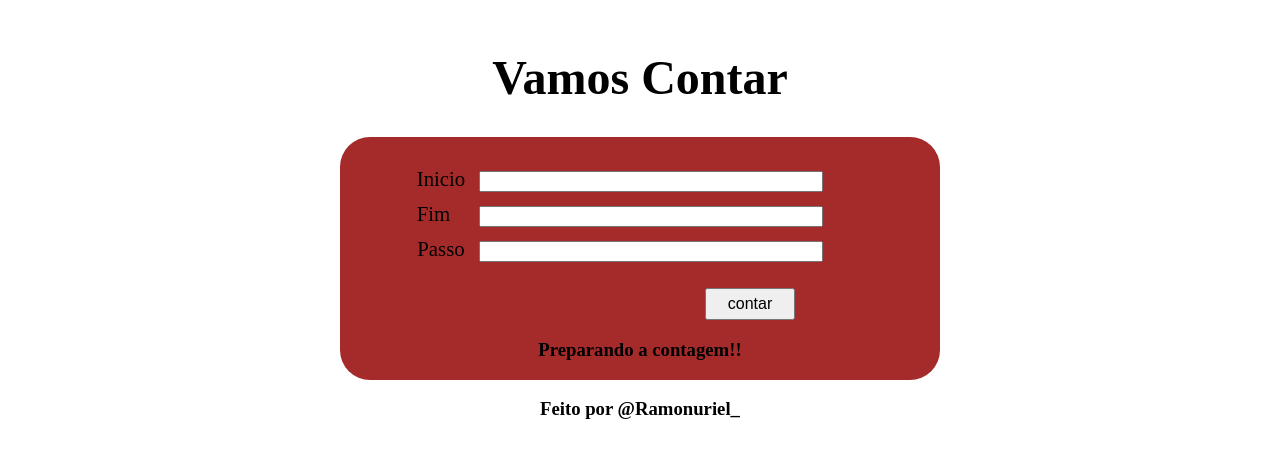
Repository: Ramonuriel/JS-Projetos
Page: Contador automatico/exercicio.html
An editor plug-in stored every save of this project. The page is shown before and after a run of saves, followed by the edit.
The browser window is 1280 px wide. The pictures show the whole page.

Above is the page before, as saved 2022-12-27 21:17:16.

### Contador automatico/exercicio.html
<!DOCTYPE html>
<html lang="en">

<head>
  <meta charset="UTF-8">
  <meta http-equiv="X-UA-Compatible" content="IE=edge">
  <meta name="viewport" content="width=device-width, initial-scale=1.0">
  <link rel="stylesheet" href="style.css">
  <title>Exercicio</title>
</head>

<body>
  <h1 class="title">Vamos Contar</h1>
  <section class="projeto">
    <ul>
      <li>
        <label for="number">Inicio</label>
        <input type="number" name="" id="inicio">
      </li>
      <li>
        <label for="number">Fim</label>
        <input type="number" name="" id="Fim">
      </li>
      <li> <label for="number">Passo</label>
        <input type="number" name="" id="Passo">
      </li>
    </ul>
    <input class="btn" type="button" value="contar" onclick="contar()">

    <div>
      <h3 class="resultado">Preparando a contagem!!</h3>
    </div>
  </section>

  <footer>
    <h3>Feito por @Ramonuriel_</h3>
  </footer>



  <script src="exercicio.js"></script>
</body>

</html>

### Contador automatico/style.css
body {
  margin: 0;
  padding: 0;
  width: 100%;
  align-items: center;
  text-align: center;
}
.title {
  font-size: 3rem;
  margin-top: 50px;
}

.projeto {
  display: inline-flex;
  flex-direction: column;
  width: 600px;
  max-height: 100%;

  background-color: brown;
  align-items: left;
  justify-content: start;
  border-radius: 30px;
}

h2 {
  font-size: 2rem;
}

ul {
  margin-right: 80px;
  margin-top: 30px;
}
li {
  list-style-type: none;
  margin-bottom: 10px;
}

label {
  font-size: 1.3rem;
  margin-right: 10px;
}

input {
  width: 70%;
}
#Fim {
  margin-left: 15px;
}

.btn {
  font-size: 1rem;
  margin-left: 365px;
  width: 15%;
  height: 2rem;
  cursor: pointer;
}

### Contador automatico/exercicio.js
function contar() {
  let inicio = document.querySelector('#inicio')
  let fim = document.querySelector('#Fim')
  let passo = document.querySelector('#Passo')
  let res = document.querySelector('.resultado')

  if (
    inicio.value.length == 0 ||
    fim.value.length == 0 ||
    passo.value.length == 0
  ) {
    window.alert('[ERRO] Preencha todos os campos.')
  } else {
    res.innerHTML = 'Contando: '
    let i = Number(inicio.value)
    let f = Number(fim.value)
    let p = Number(passo.value)
    if (i < f)
      for (let c = i; c <= f; c += p) {
        res.innerHTML += ` ${c} \u{1f449}, `
      }
    else {
      for (let c = i; c >= f; c -= p) {
        res.innerHTML += ` ${c} \u{1f449}`
      }
    }
  }
}

After the next 2 saves:
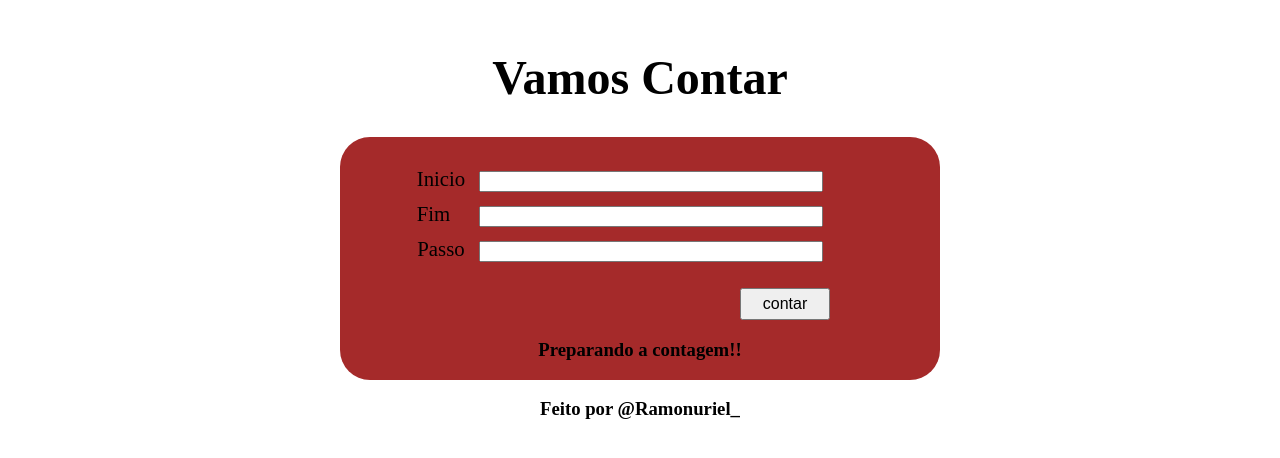
The 2 saves are shown as one change because they came seconds apart.
The last was saved 6 s later.
--- a/Contador automatico/style.css
+++ b/Contador automatico/style.css
@@ -49,7 +49,7 @@ input {
 
 .btn {
   font-size: 1rem;
-  margin-left: 365px;
+  margin-left: 400px;
   width: 15%;
   height: 2rem;
   cursor: pointer;
